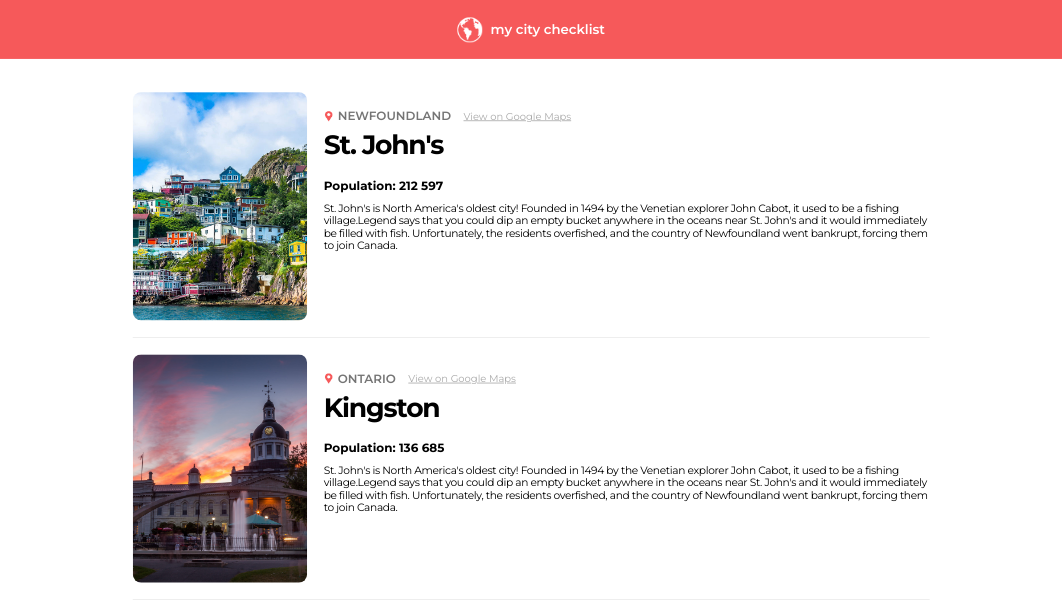
Repository: jsong552/my-city-checklist
Page: /
These files come from the project's save history. The page is drawn as it stood at one moment and after the next save; the edit follows.
The browser window is 1280 px wide. The pictures show the whole page, at 83% of full size.
The project was rebuilt for these pictures with package versions that can differ from the ones it lists, and the page was loaded fresh each time. Imported but missing from the stored project, and not drawn on this page: src/reportWebVitals.

Above is the page before, as saved 2023-12-29 21:15:31.

### public/index.html
<!DOCTYPE html>
<html lang="en">
  <head>
    <meta charset="utf-8" />
    <link rel="preconnect" href="https://fonts.googleapis.com">
    <link rel="preconnect" href="https://fonts.gstatic.com" crossorigin>
    <link href="https://fonts.googleapis.com/css2?family=Inter:wght@400;600;700&family=Montserrat:wght@200;300;400;500;600;700&display=swap" rel="stylesheet">
    <link rel="icon" href="%PUBLIC_URL%/favicon.ico" />
    <meta name="viewport" content="width=device-width, initial-scale=1" />
    <meta name="theme-color" content="#000000" />
    <meta
      name="description"
      content="Web site created using create-react-app"
    />
    <link rel="apple-touch-icon" href="%PUBLIC_URL%/logo192.png" />
    <!--
      manifest.json provides metadata used when your web app is installed on a
      user's mobile device or desktop. See https://developers.google.com/web/fundamentals/web-app-manifest/
    -->
    <link rel="manifest" href="%PUBLIC_URL%/manifest.json" />
    <!--
      Notice the use of %PUBLIC_URL% in the tags above.
      It will be replaced with the URL of the `public` folder during the build.
      Only files inside the `public` folder can be referenced from the HTML.

      Unlike "/favicon.ico" or "favicon.ico", "%PUBLIC_URL%/favicon.ico" will
      work correctly both with client-side routing and a non-root public URL.
      Learn how to configure a non-root public URL by running `npm run build`.
    -->
    <title>React App</title>
  </head>
  <body>
    <noscript>You need to enable JavaScript to run this app.</noscript>
    <div id="root"></div>
    <!--
      This HTML file is a template.
      If you open it directly in the browser, you will see an empty page.

      You can add webfonts, meta tags, or analytics to this file.
      The build step will place the bundled scripts into the <body> tag.

      To begin the development, run `npm start` or `yarn start`.
      To create a production bundle, use `npm run build` or `yarn build`.
    -->
  </body>
</html>

### src/index.css
body {
    margin: 0px;
}

.navbar {
    display: flex;
    width: 100%;
    align-items: center;
    padding: 10px;
    justify-content: center;
    background-color: #F6595A;
    box-sizing: border-box;
}

.navbar img {
    width: 30px;
    margin-right: 10px;
}

.navbar p {
    color: white;
    font-family: Montserrat;
    font-weight: 600;
}

/* card styles */

.cardsContainer {
    margin-top: 20px;
}

.card {
    margin: auto;
    padding-top: 20px;
    padding-bottom: 20px;
    border-bottom: 1px solid #bbbbbb55;
    display: flex;
    font-family: Montserrat;
    width: 75%;
}

.imageOfLocation {
    height: 275px;
    width: 210px;
    border-radius: 10px;
    object-fit: cover;
}

.cardInfo {
    margin-left: 20px;
    padding-top: 20px;
    width: 100%;
}

.locationMarker {
    width: 12px;
    margin-right: 5px;
}

.cardLocation * {
    display: inline;
}

.cardLocation h4 {
    font-weight: 600;
    font-size: 0.9rem;
    position: relative;
    bottom: 1px;
    text-transform: uppercase;
    color: #757575;
}

.cardLocation a {
    font-size: 0.75rem;
    position: relative;
    bottom: 2px;
    color: #aaaaaa;
    margin-left: 15px;
}

.cardInfo h1 {
    margin-top: 5px;
    letter-spacing: -1.5px;
}

.cardInfo h3 {
    font-size: 0.9rem;
    margin-bottom: 10px;
}

.cardInfo p {
    margin-top: 0px;
    font-size: 0.8rem;
    letter-spacing: -0.4px;
}

@media (max-width: 768px) {
    .imageOfLocation {
        height: 250px;
        width: 175px;
    }

    .card {
        width: 85%;
    }

    .cardInfo p {
        font-size: 0.7rem;
        letter-spacing: -0.4px;
    }
}

@media (max-width: 580px) {
    .imageOfLocation {
        height: 225px;
        width: 150px;
    }

    .card {
        width: 85%;
    }

    .cardInfo {
        padding-top: 0px
    }

    .cardInfo p {
        font-size: 0.65rem;
        letter-spacing: -0.4px;
        margin-bottom: 0px;
    }

    .cardInfo h1 {
        font-size: 1.7rem;
        margin-bottom: 0px;
    }

    .cardInfo h3 {
        margin-top: 10px;
        font-size: 0.9rem;
        margin-bottom: 10px;
    }

    .cardInfo a {
        display: block;
    }

    .cardLocation a {
        width: fit-content;
        margin-left: 0px;
    }
}

@media (max-width: 480px) {
    .imageOfLocation {
        height: 225px;
        width: 135px;
    }

    .card {
        width: 90%;
    }

    .cardInfo {
        padding-top: 0px
    }

    .cardInfo p {
        font-size: 0.65rem;
        letter-spacing: -0.4px;
        margin-bottom: 0px;
    }

    .cardInfo h1 {
        font-size: 1.5rem;
        margin-bottom: 0px;
        margin-top: 0px;
    }

    .cardInfo h3 {
        margin-top: 6px;
        font-size: 0.8rem;
        margin-bottom: 6px;
    }

    .cardInfo h4 {
        font-size: 0.8rem;
    }

    .locationMarker {
        width: 10px;
    }

    .cardInfo a {
        display: block;
    }

    .cardLocation a {
        width: fit-content;
        margin-left: 0px;
    }
}

@media (max-width: 380px) {
    .imageOfLocation {
        height: 175px;
        width: 105px;
    }
}

### src/App.js
import React from "react";
import Navbar from "./components/Navbar.js";
import Card from "./components/Card.js";
import data from "./data/cardData.js"

let allCards = data.map((data) => {
    return <Card
                key={data.id}
                info={data}
            />
    }
)

export default function App() {
    return (
        <div className="container">
            <Navbar />
            <div className="cardsContainer">
                {allCards}
            </div>
        </div>
    )
}

### src/components/Navbar.js
import React from "react";

export default function Navbar() {
    return (
        <nav className="navbar">
            <img src='/images/logo.png' alt="logo"/>
            <p>my city checklist</p>
        </nav>
    )
}

### src/components/Card.js
import React from "react";

export default function Card(props) {
    return (
        <div className="card">
            <img className="imageOfLocation" src={props.info.image} alt={props.info.alt} />
            <div className="cardInfo">
                <span className="cardLocation">
                    <img className="locationMarker" src='/images/location-marker.png' />
                    <h4>{props.info.province}</h4>
                    <a href={props.info.link}>View on Google Maps</a>
                </span>
                <h1>{props.info.city}</h1>
                <h3>Population: {props.info.population}</h3><p>{props.info.desc}
                </p>
            </div>
        </div>
    )
}

### src/data/cardData.js
export default [
    {
        id: 1,
        province: "newfoundland",
        image: "/images/stjohns.jpg",
        city: "St. John's",
        alt: "St. John's Downtown",
        population: "212 597",
        desc: "St. John's is North America's oldest city! Founded in 1494 by the Venetian explorer John Cabot, it used to be a fishing village.Legend says that you could dip an empty bucket anywhere in the oceans near St. John's and it would immediately be filled with fish. Unfortunately, the residents overfished, and the country of Newfoundland went bankrupt, forcing them to join Canada.",
        link: "https://www.google.com/maps/place/St.+John's,+NL/@47.4825126,-52.9947887,11z/data=!3m1!4b1!4m6!3m5!1s0x4b0ca38e6b0aa261:0x9e1fd4001f12261f!8m2!3d47.5556097!4d-52.7452511!16zL20vMGo4cDY?hl=en&entry=ttu",
    },
    {
        id: 2,
        province: "Ontario",
        city: "Kingston",
        alt: "Kingston City Hall",
        image: "/images/kingston.jpg",
        population: "136 685",
        desc: "St. John's is North America's oldest city! Founded in 1494 by the Venetian explorer John Cabot, it used to be a fishing village.Legend says that you could dip an empty bucket anywhere in the oceans near St. John's and it would immediately be filled with fish. Unfortunately, the residents overfished, and the country of Newfoundland went bankrupt, forcing them to join Canada.",
        link: "https://www.google.com/maps/place/St.+John's,+NL/@47.4825126,-52.9947887,11z/data=!3m1!4b1!4m6!3m5!1s0x4b0ca38e6b0aa261:0x9e1fd4001f12261f!8m2!3d47.5556097!4d-52.7452511!16zL20vMGo4cDY?hl=en&entry=ttu",
    },
]

Loaded but not shown: src/index.js (common file)

After the next save:
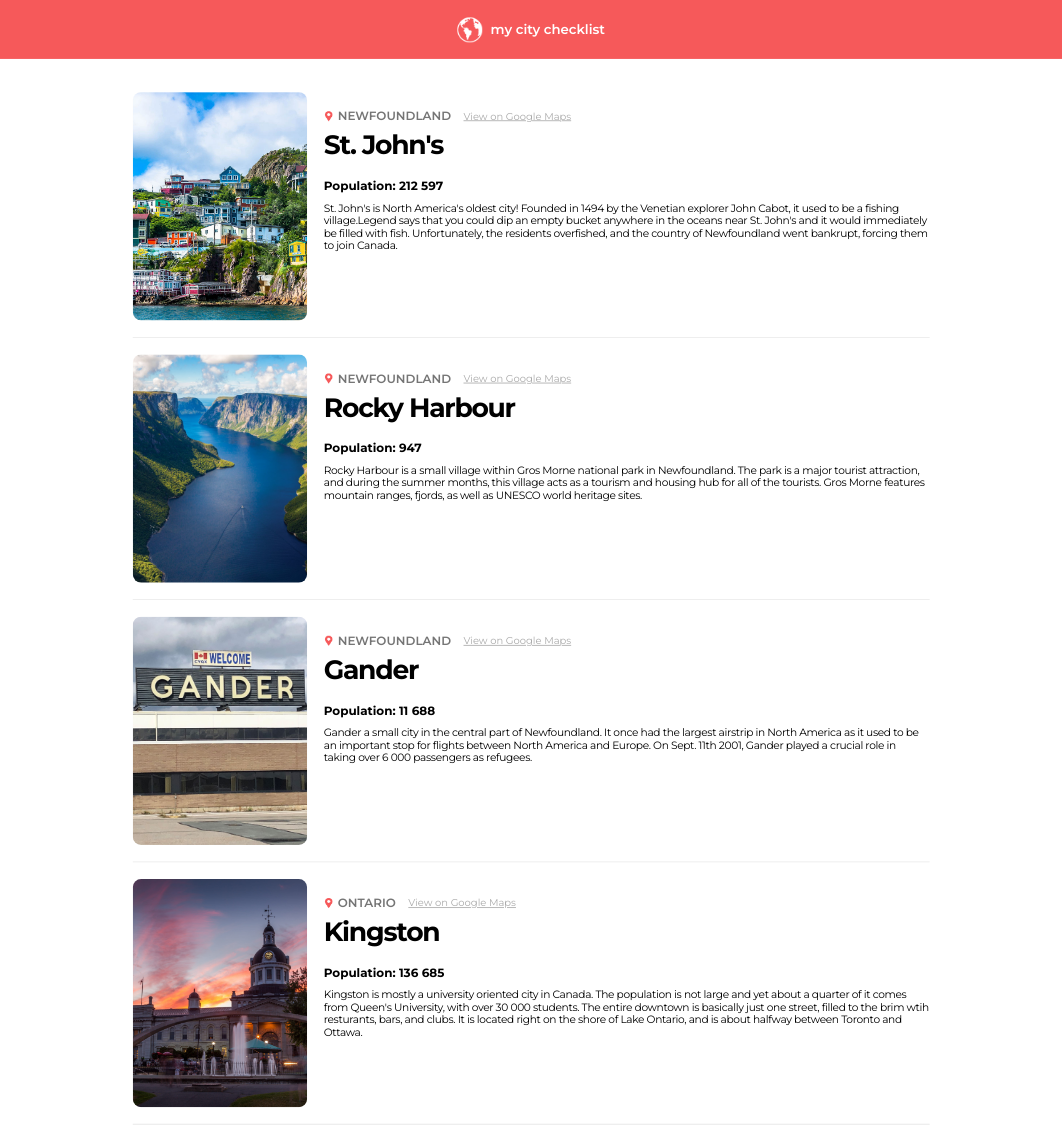
Saved 8 min 20 s later.
--- a/src/data/cardData.js
+++ b/src/data/cardData.js
@@ -11,12 +11,38 @@ export default [
     },
     {
         id: 2,
+        province: "Newfoundland",
+        city: "Rocky Harbour",
+        alt: "Gros Morne Fjords",
+        image: "/images/grosmorne.jpg",
+        population: "947",
+        desc: "Rocky Harbour is a small village within Gros Morne national park in Newfoundland. The park is a major tourist attraction, and during the summer months, this village acts as a tourism and housing hub for all of the tourists. Gros Morne features mountain ranges, fjords, as well as UNESCO world heritage sites.",
+        link: "https://www.google.com/maps/place/Rocky+Harbour,+NL/@49.5891506,-57.9687031,13z/data=!3m1!4b1!4m6!3m5!1s0x4b79509be206f3a5:0x67c7444488b85430!8m2!3d49.5904818!4d-57.9151532!16zL20vMGZjaDR3?entry=ttu",
+    },
+    {
+        id: 3,
+        province: "Newfoundland",
+        city: "Gander",
+        alt: "Gander International Airport",
+        image: "/images/gander.jpg",
+        population: "11 688",
+        desc: "Gander a small city in the central part of Newfoundland. It once had the largest airstrip in North America as it used to be an important stop for flights between North America and Europe. On Sept. 11th 2001, Gander played a crucial role in taking over 6 000 passengers as refugees.",
+        link: "https://www.google.com/maps/place/Gander,+NL/@48.9465292,-54.6097603,12z/data=!3m1!4b1!4m6!3m5!1s0x4b76f2f3b657f0b9:0xa1489058bc89ec6!8m2!3d48.9564842!4d-54.6083708!16zL20vMDI4bjM4?entry=ttu",
+    },
+
+
+
+
+
+
+    {
+        id: 69,
         province: "Ontario",
         city: "Kingston",
         alt: "Kingston City Hall",
         image: "/images/kingston.jpg",
         population: "136 685",
-        desc: "St. John's is North America's oldest city! Founded in 1494 by the Venetian explorer John Cabot, it used to be a fishing village.Legend says that you could dip an empty bucket anywhere in the oceans near St. John's and it would immediately be filled with fish. Unfortunately, the residents overfished, and the country of Newfoundland went bankrupt, forcing them to join Canada.",
-        link: "https://www.google.com/maps/place/St.+John's,+NL/@47.4825126,-52.9947887,11z/data=!3m1!4b1!4m6!3m5!1s0x4b0ca38e6b0aa261:0x9e1fd4001f12261f!8m2!3d47.5556097!4d-52.7452511!16zL20vMGo4cDY?hl=en&entry=ttu",
+        desc: "Kingston is mostly a university oriented city in Canada. The population is not large and yet about a quarter of it comes from Queen's University, with over 30 000 students. The entire downtown is basically just one street, filled to the brim wtih resturants, bars, and clubs. It is located right on the shore of Lake Ontario, and is about halfway between Toronto and Ottawa.",
+        link: "https://www.google.com/maps/place/Kingston,+ON/@44.339741,-76.6383436,11z/data=!3m1!4b1!4m6!3m5!1s0x4cd2ab0674408ea9:0x76a5497715d6d9ea!8m2!3d44.231345!4d-76.4809694!16zL20vMHQ2c2I?entry=ttu",
     },
 ]
